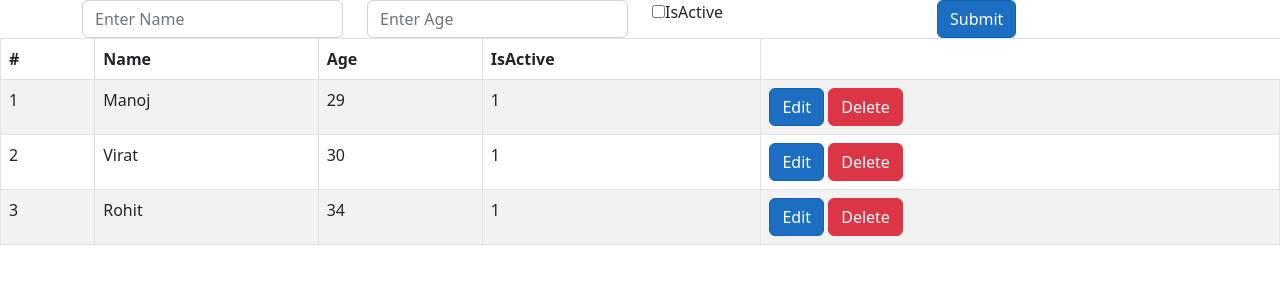
Repository: huiyyee/sample-crud
Page: / (app in sample-crud/ClientApp/)
The author's editor kept a copy of each file at every save. The page is drawn from the files as they stood at one save, then again after a run of saves.
The browser window is 1280 px wide. The pictures show the whole page.
The page's requests for data from a server got no answer. The project was rebuilt for these pictures with package versions that can differ from the ones it lists, and the page was loaded fresh each time. No one was signed in, and anything a server would have sent is missing.

Above is the page before, as saved 2024-09-23 00:36:26.

### sample-crud/ClientApp/public/index.html
<!DOCTYPE html>
<html lang="en">
  <head>
    <meta charset="utf-8">
    <meta name="viewport" content="width=device-width, initial-scale=1, shrink-to-fit=no">
    <meta name="theme-color" content="#000000">
    <base href="%PUBLIC_URL%/" />
    <!--
      manifest.json provides metadata used when your web app is added to the
      homescreen on Android. See https://developers.google.com/web/fundamentals/engage-and-retain/web-app-manifest/
    -->
    <link rel="manifest" href="%PUBLIC_URL%/manifest.json">
    <link rel="shortcut icon" href="%PUBLIC_URL%/favicon.ico">
    <!--
      Notice the use of %PUBLIC_URL% in the tags above.
      It will be replaced with the URL of the `public` folder during the build.
      Only files inside the `public` folder can be referenced from the HTML.

      Unlike "/favicon.ico" or "favicon.ico", "%PUBLIC_URL%/favicon.ico" will
      work correctly both with client-side routing and a non-root public URL.
      Learn how to configure a non-root public URL by running `npm run build`.
    -->
    <title>sample_crud</title>
  </head>
  <body>
    <noscript>
      You need to enable JavaScript to run this app.
    </noscript>
    <div id="root"></div>
    <!--
      This HTML file is a template.
      If you open it directly in the browser, you will see an empty page.

      You can add webfonts, meta tags, or analytics to this file.
      The build step will place the bundled scripts into the <body> tag.

      To begin the development, run `npm start` or `yarn start`.
      To create a production bundle, use `npm run build` or `yarn build`.
    -->
  </body>
</html>

### sample-crud/ClientApp/src/index.js
import 'bootstrap/dist/css/bootstrap.css';
import React from 'react';
import { createRoot } from 'react-dom/client';
import { BrowserRouter } from 'react-router-dom';
import App from './App.js';

const baseUrl = document.getElementsByTagName('base')[0].getAttribute('href');
const rootElement = document.getElementById('root');
const root = createRoot(rootElement);

root.render(
  <BrowserRouter basename={baseUrl}>
    <App />
  </BrowserRouter>);

### sample-crud/ClientApp/src/App.js
import React, { Component } from 'react';
import { Route, Routes } from 'react-router-dom';
import CRUD from './CRUD.js';
import './custom.css';
import './App.css';

// export default class App extends Component {
//   static displayName = App.name;

//   render() {
//     return (
//         <div className="App">
//           <CRUD />
//         </div>
//     );
//   }
// }

function App(){
  return (
    <div className="App">
      <CRUD />
    </div>
  );
}

export default App;

### sample-crud/ClientApp/src/CRUD.js
import React,{useState,useEffect,Fragment} from "react";
import {Table} from "react-bootstrap";
import 'bootstrap/dist/css/bootstrap.min.css';
import {Button,Modal,Container,Row,Col} from 'react-bootstrap';
import axios from "axios";
// import { getData } from "ajv/dist/compile/validate";
import { ToastContainer, toast } from "react-toastify";
import 'react-toastify/dist/ReactToastify.css'

const CRUD = () => {
	const [show, setShow] = useState(false);

	const handleClose = () => setShow(false);
	const handleShow = () => setShow(true);

	const [name, setName] = useState('');
	const [age, setAge] = useState('');
	const [isActive, setIsActive] = useState(0);

	const [editID, setEditID] = useState(0);
	const [editName, setEditName] = useState('');
	const [editAge, setEditAge] = useState('');
	const [isEditActive, setIsEditActive] = useState(0);

	const empdata = [
		{
			id:1,
			name:'Manoj',
			age:29,
			isActive:1
		},
		{
			id:2,
			name:'Virat',
			age:30,
			isActive:1
		},
		{
			id:3,
			name:'Rohit',
			age:34,
			isActive:1
		}
	]

	const [data, setData] = useState(empdata);

	useEffect(() => {
		getData();
	}, [])

	const getData = () => {
		axios.get('https://localhost:7212/api/Employee').then(res => {
			setData(res.data);
        })
		.catch(err => {console.log(err)})

    }

	const handleEdit = (id) => {
		handleShow();
    }

	const handleDelete = (id) => {
		if(window.confirm('Are you sure want to delete this record?')){
			alert(id);
        }
	}

	const handleUpdate = (id) => {
	}

	const handleSave = () => {
		const url = 'https://localhost:7212/api/Employee';
		const data ={
			"name": name,
			"age": age,
			"isActive": isActive
		}

		axios.post(url, data)
		.then((result) =>{
			getData();
			clear();
			toast.success('Employee added successfully');
		})
	}

	const clear = () =>{
		setName('');
		setAge('');
		setIsActive(0);
		setEditName('');
		setEditAge('');
		setIsEditActive(0);
		setEditID('');
	}


	return(
		<Fragment>
			<ToastContainer />
			<Container>
				<Row>
					<Col>
						<input type="text" placeholder="Enter Name" className="form-control" value={name} onChange={(e)=> setName(e.target.value)}/>
					</Col>
					<Col>
						<input type="text" placeholder="Enter Age" className="form-control" value={age} onChange={(e)=> setAge(e.target.value)}/>
					</Col>
					<Col>
						<input type="checkbox"
						checked={isActive===1? true:false}
						onChange={(e)=> setIsActive(e.target.checked)} value={isActive}/>
						<label>IsActive</label>
					</Col>
					<Col>
						<button className="btn btn-primary">Submit</button>
					</Col>
				</Row>
			</Container>
			<Table striped bordered hover>
				<thead>
					<tr>
						<th>#</th>
						<th>Name</th>
						<th>Age</th>
						<th>IsActive</th>
					</tr>
				</thead>
				<tbody>
					{
						data && data.length > 0 ?
							data.map((item,index) => {
								return(
                                    <tr key={index}>
										<td>{index + 1}</td>
                                        <td>{item.name}</td>
                                        <td>{item.age}</td>
                                        <td>{item.isActive}</td>
										<td colSpan={2}>
											<Button variant="primary" onClick={() => handleEdit(item.id)}>Edit</Button>
                                            &nbsp;
                                            <Button variant="danger" onClick={() => handleDelete(item.id)}>Delete</Button>
										</td>

                                    </tr>
                                )
							})
							:'Loading..'
					}
				</tbody>
			</Table>

			<Modal show={show} onHide={handleClose}>
				<Modal.Header closeButton>
					<Modal.Title>Modify/ Update Employee</Modal.Title>
				</Modal.Header>
				<Modal.Body>
					<Row>
						<Col>
							<input type="text" placeholder="Enter Name" className="form-control" value={editName} onChange={(e)=> setEditName(e.target.value)}/>
						</Col>
						<Col>
							<input type="text" placeholder="Enter Age" className="form-control" value={editAge} onChange={(e)=> setEditAge(e.target.value)}/>
						</Col>
						<Col>
							<input type="checkbox"
							checked={isEditActive===1? true:false}
							onChange={(e)=> setIsEditActive(e.target.checked)} value={isEditActive}/>
							<label>IsActive</label>
						</Col>
						<Col>
							<button className="btn btn-primary">Submit</button>
						</Col>
					</Row>
				</Modal.Body>
				<Modal.Footer>
					<Button variant="secondary" onClick={handleClose}>
						Close
					</Button>
					<Button variant="primary" onClick={handleUpdate}>
						Save Changes
					</Button>
				</Modal.Footer>
			</Modal>
		</Fragment>
	)
}

export default CRUD;

### sample-crud/ClientApp/src/custom.css
/* Provide sufficient contrast against white background */
a {
  color: #0366d6;
}

code {
  color: #E01A76;
}

.btn-primary {
  color: #fff;
  background-color: #1b6ec2;
  border-color: #1861ac;
}

### sample-crud/ClientApp/src/App.css
/* Provide sufficient contrast against white background */
a {
    color: #0366d6;
  }

  code {
    color: #E01A76;
  }

  .btn-primary {
    color: #fff;
    background-color: #1b6ec2;
    border-color: #1861ac;
  }

After the next 4 saves:
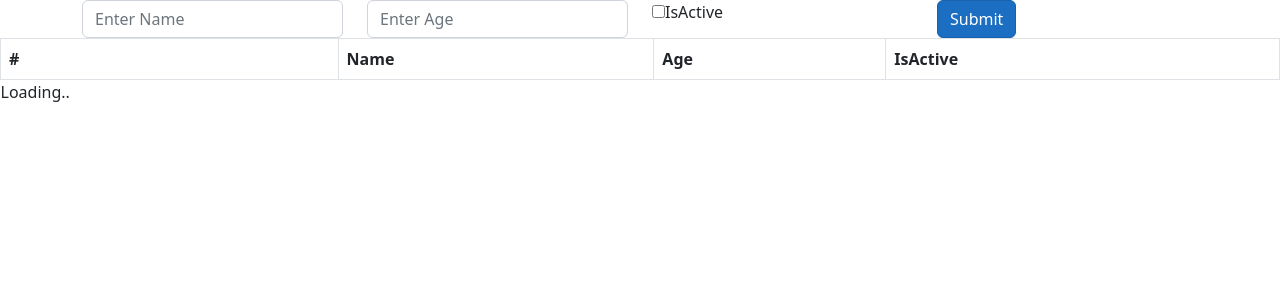
The 4 saves are shown as one change because 1 did not build or start and some came seconds apart.
The last was saved 68 s later.
--- a/sample-crud/ClientApp/src/CRUD.js
+++ b/sample-crud/ClientApp/src/CRUD.js
@@ -43,7 +43,12 @@
 		}
 	]
 
-	const [data, setData] = useState(empdata);
+	// const [data, setData] = useState(empdata);
+	const [data, setData] = useState({
+        name: '',
+        age: '',
+        isActive: false
+    });
 
 	useEffect(() => {
 		getData();

After the 3 saves that followed:
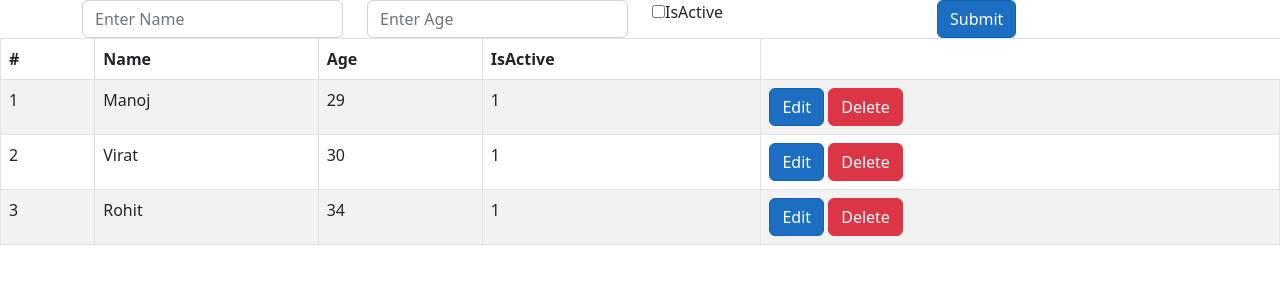
The 3 saves are shown as one change because 1 did not build or start and some came seconds apart.
The last was saved 16 s later.
--- a/sample-crud/ClientApp/src/CRUD.js
+++ b/sample-crud/ClientApp/src/CRUD.js
@@ -43,12 +43,7 @@
 		}
 	]
 
-	// const [data, setData] = useState(empdata);
-	const [data, setData] = useState({
-        name: '',
-        age: '',
-        isActive: false
-    });
+	const [data, setData] = useState(empdata);
 
 	useEffect(() => {
 		getData();
